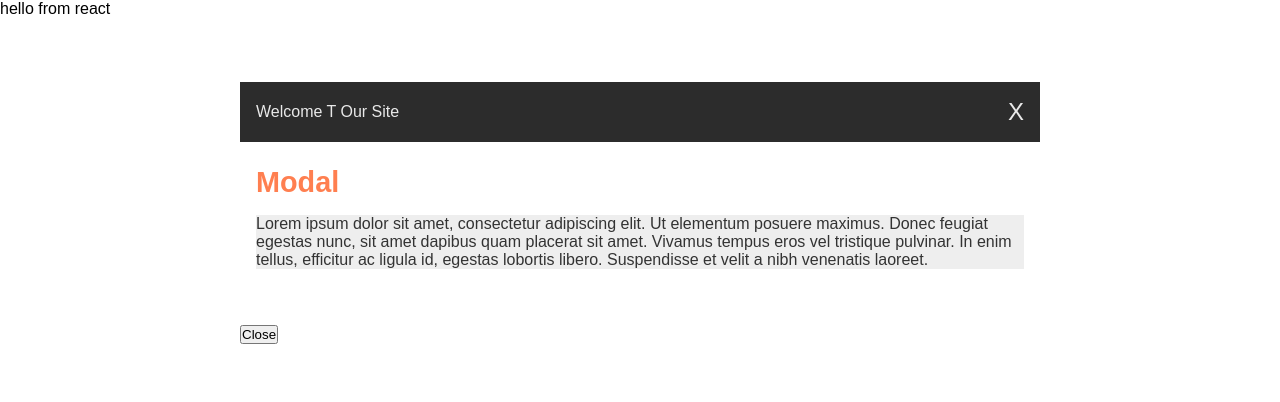
Repository: KrzysKolo/sr_tydzien5_zad1
Page: /
These files come from the project's save history. The page is drawn as it stood at one moment and after the next save; the edit follows.
The browser window is 1280 px wide. The pictures show the whole page.
The project was rebuilt for these pictures with package versions that can differ from the ones it lists, and the page was loaded fresh each time.

Above is the page before, as saved 2020-12-18 13:49:47.

After the next save:
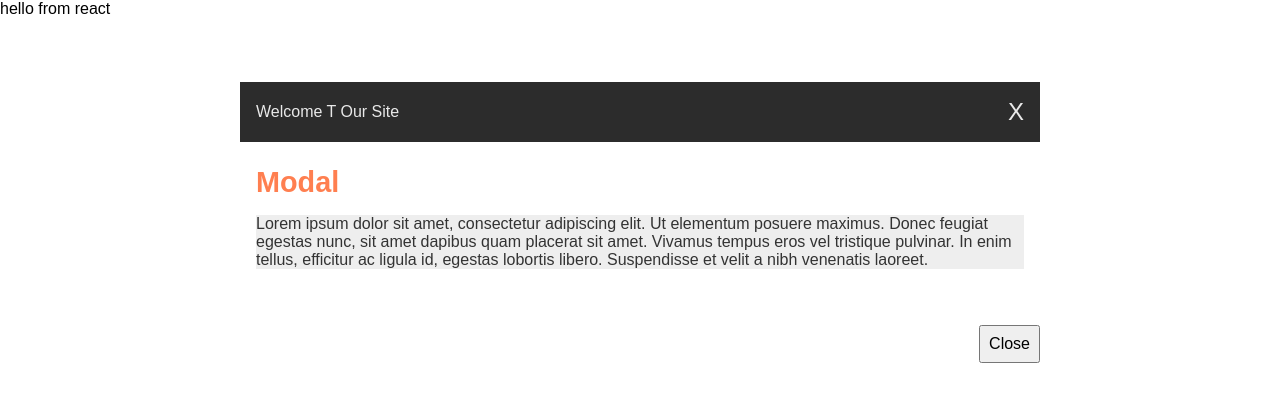
Saved 70 s later.
--- a/src/components/modal/Modal.css
+++ b/src/components/modal/Modal.css
@@ -42,4 +42,7 @@ body {
 }
 .modal-footer button {
   display: block;
+  font-size: 1rem;
+  margin-left: auto;
+  padding: 0.5rem;
 }
